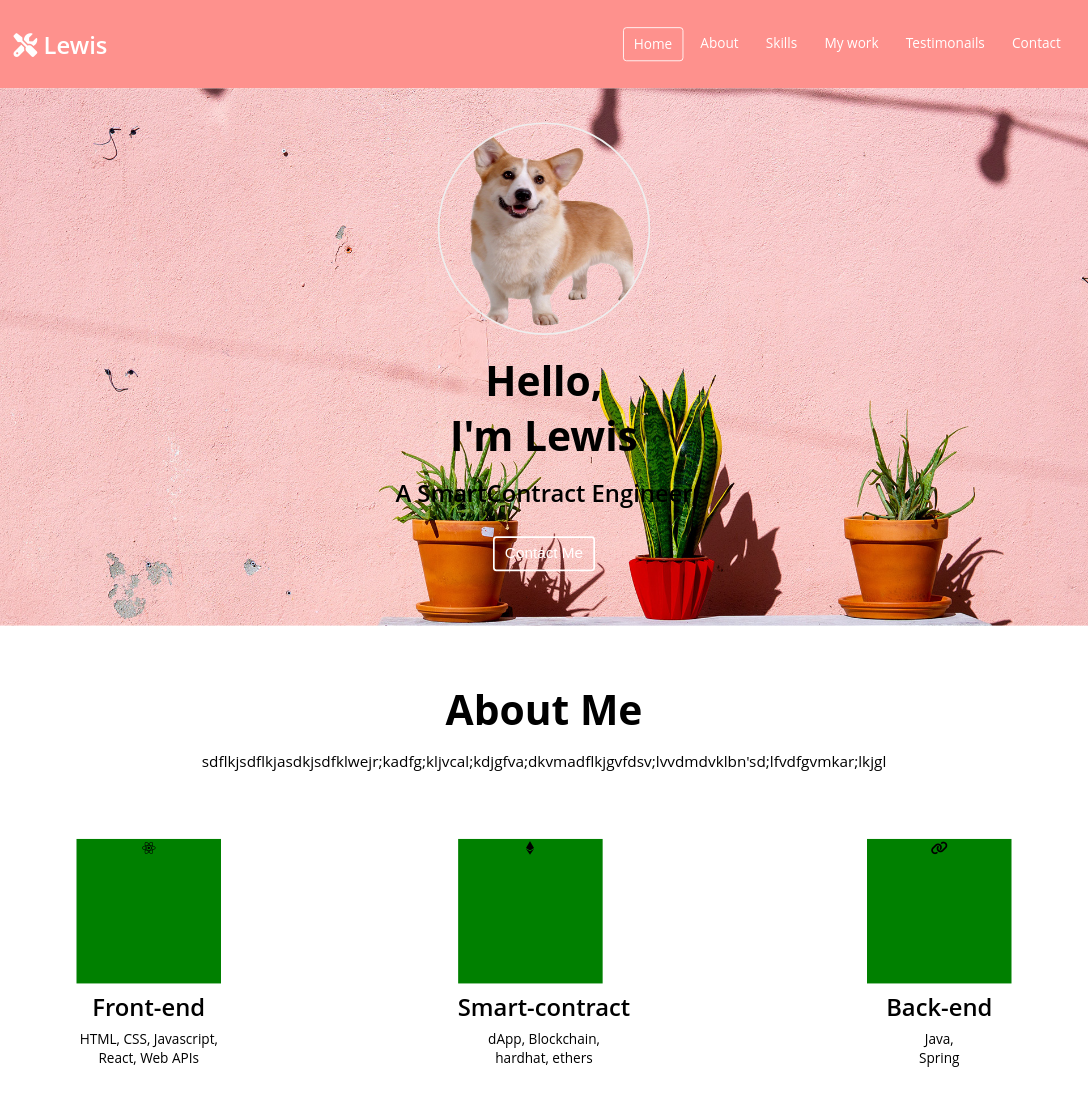
Repository: woojinShim/woojinShim.github.io
Page: index.html
The author's editor kept a copy of each file at every save. The page is drawn from the files as they stood at one save, then again after the next save.
The browser window is 1280 px wide. The pictures show the part of the page from y = 0 to 1315 px (the page is 7310 px tall), at 85% of full size.
A picture or video elsewhere on the page could not be fetched, so the positions and the page height are approximate. Some web libraries are served in a nearby version.

Above is the page before, as saved 2022-03-08 19:07:03.

### index.html
<!DOCTYPE html>
<html lang="en">
<head>
    <meta charset="UTF-8">
    <meta http-equiv="X-UA-Compatible" content="IE=edge">
    <meta name="viewport" content="width=device-width, initial-scale=1.0">
    <title>Document</title>
    <script
      src="https://kit.fontawesome.com/9eb162ac0d.js"
      crossorigin="anonymous"
    ></script>
    <style>
        @import url('https://fonts.googleapis.com/css2?family=Noto+Sans+KR:wght@100;400;700&display=swap');
        </style>
    <link rel="icon" type="image/png" href="img/favicon.png" />
    <link rel="stylesheet" href="style.css">
    <script scr="main.js"></script>
</head>
<body>
    <!-- Navbar -->
    <nav id="navbar">
        <div class="navbar__logo">
            <i class="fas fa-tools"></i>
            <a href="#">Lewis</a>
        </div>
        <ul class="navbar__menu">
            <li class="navbar__menu__item active">Home</li>
            <li class="navbar__menu__item">About</li>
            <li class="navbar__menu__item">Skills</li>
            <li class="navbar__menu__item">My work</li>
            <li class="navbar__menu__item">Testimonails</li>
            <li class="navbar__menu__item">Contact</li>
        </ul>
    </nav>
    <!-- Home -->
    <section id="home">
        <img src="img/puppy.png" alt="Lewis's photo" class="home__avator">
        <h1 class="home__title">Hello, <br/>I'm Lewis</h1>
        <h2 class="home__descrition">A SmartContract Engineer</h2>
        <button class="home__contact">Contact Me</button>
    </section>
    <!-- About -->
    <section id="about" class="section">
        <h1>About Me</h1>
        <p>sdflkjsdflkjasdkjsdfklwejr;kadfg;kljvcal;kdjgfva;dkvmadflkjgvfdsv;lvvdmdvklbn'sd;lfvdfgvmkar;lkjgl</p>
        <div class="about__majors">
            <div class="major">
                <div class="major__icon"><i class="fab fa-react"></i></div>
                <h2 class="major__title">Front-end</h2>
                <div class="major__description">HTML, CSS, Javascript,
                    <br /> React, Web APIs
                </div>
            </div>
            <div class="major">
                <div class="major__icon"><i class="fab fa-ethereum"></i></div>
                <h2 class="major__title">Smart-contract</h2>
                <div class="major__description">dApp, Blockchain,
                    <br /> hardhat, ethers
                </div>
            </div>
            <div class="major">
                <div class="major__icon"><i class="fas fa-link"></i></i></div>
                <h2 class="major__title">Back-end</h2>
                <div class="major__description">Java,
                    <br /> Spring
                </div>
            </div>
        </div>





        <div class="about__jobs">
            <div class="job">
                <img src="img/puupy.png" alt="puupy">
            </div>
            <div class="job"></div>
        </div>
    </section>
    <!-- Skills -->
    <section id="skills" class="section">
        <h1>Skills</h1>
        <h2>skills $ Attribute</h2>
        <p>
            sdjsfdldsfjsdffvmslkjdfgksjdsdsdvkkfghalkvsdlaskkjrsdjlkdskflksjdlja
            sdfkdfvlskvglkkcjkdjckwebkosdkvlkwekelkfsdjlkldfkskdfg
            sdlkbdflnsldkfgkfsdfkdksvj
        </p>
        <div class="skillset">
            <div class="skillset__left">
                <h3 class="skillset__title">Skills</h3>
                <div class="skills">
                    <div class="skill_description">
                        <span>HTML</span>
                        <span>99%</span>
                    </div>
                    <div class="skill_description">
                        <span>CSS</span>
                        <span>90%</span>
                    </div>
                    <div class="skill_description">
                        <span>JavaScript</span>
                        <span>94%</span>
                    </div>
                    <div class="skill_description">
                        <span>Solidity</span>
                        <span>93%</span>
                    </div>
                    <div class="skill_description">
                        <span>Java</span>
                        <span>90%</span>
                    </div>

                </div>
            </div>
            <div class="skillset__right">
                <div class="tools">
                    <h3 class="skillset__title">Tools</h3>
                    <ul class="tools__list">
                        <li class="span">Visual Studio Code</li>
                        <li class="span">IntelliJ</li>
                        <li class="span">Slack</li>
                        <li class="span">Notion</li>
                        <li class="span">Photoshop</li>
                    </ul>
                </div>
                <div class="etc">
                    <h3 class="skillset__title">Etc</h3>
                    <ul class="etc__list">
                        <li><span>Git</span></li>
                        <li><span>Math</span></li>
                        <li><span>Design</span></li>
                    </ul>
                </div>
            </div>
        </div>
    </section>
    <!-- Work -->
    <section id="work" class="section">
        <h1>My Work</h1>
        <h3>Projects</h3>
        <div class="work__catagories">
            <button class="catagory__btn">All<span class="category__count">3</span></button>
            <button class="catagory__btn">Front-end<span class="category__count">6</span></button>
            <button class="catagory__btn">Back-end<span class="category__count">5</span></button>
            <button class="catagory__btn">Blockchain<span class="category__count">7</span></button>
        </div>

        <div class="work__projects">
            <a href="https://naver.com" class="project" target="blank">
                <img class="project__img" src="img/jin.png" alt="YouTube" />
                <div class="project__description">
                    <h3>Naver Site</h3>
                    <span>Clone Naver</span>
                </div>
            </a>
        </div>
        <div class="work__projects">
            <a href="https://naver.com" class="project" target="blank">
                <img class="project__img" src="img/jin.png" alt="YouTube" />
                <div class="project__description">
                    <h3>Naver Site</h3>
                    <span>Clone Naver</span>
                </div>
            </a>
        </div>
        <div class="work__projects">
            <a href="https://naver.com" class="project" target="blank">
                <img class="project__img" src="img/le.png" alt="YouTube" />
                <div class="project__description">
                    <h3>Naver Site</h3>
                    <span>Clone Naver</span>
                </div>
            </a>
        </div>
        <div class="work__projects">
            <a href="https://naver.com" class="project" target="blank">
                <img class="project__img" src="img/shim.png" alt="YouTube" />
                <div class="project__description">
                    <h3>Naver Site</h3>
                    <span>Clone Naver</span>
                </div>
            </a>
        </div>
        <div class="work__projects">
            <a href="https://naver.com" class="project" target="blank">
                <img class="project__img" src="img/yes.jfif" alt="YouTube" />
                <div class="project__description">
                    <h3>Naver Site</h3>
                    <span>Clone Naver</span>
                </div>
            </a>
        </div>
        <div class="work__projects">
            <a href="https://naver.com" class="project" target="blank">
                <img class="project__img" src="img/woo.png" alt="YouTube" />
                <div class="project__description">
                    <h3>Naver Site</h3>
                    <span>Clone Naver</span>
                </div>
            </a>
        </div>
    </section>
    <!-- testimonails -->
    <section id="testimonials" class="section">
        <h1>Testimonials</h1>
        <h3>See what they say about me</h3>
        <div class="testimonials">
            <div class="testimonial">
                <img src="img/man.jpg" alt="" class="testimonial__avator">
                <div class="testimonial__speech-bubble">
                    <p>
                        sdvkdfdfmvkdlkjtkfknsvkdnfgckvdkvkjvbdfgkkjsdkvjskjcvrngksdmcsdkck
                    </p>
                    <p class="name"><a href="">Lewis</a></p>
                </div>
            </div>
            <div class="testimonial">
                <img src="img/man.jpg" alt="" class="testimonial__avator">
                <div class="testimonial__speech-bubble">
                    <p>
                        sdvkdfdfmvkdlkjtkfknsvkdnfgckvdkvkjvbdfgkkjsdkvjskjcvrngksdmcsdkck
                    </p>
                    <p class="name"><a href="">Lewis</a></p>
                </div>
            </div>
        </div>
    </section>
    <!-- contact -->
    <section id="contact" class="section">
        <h1 class="contact__title">Let's talk</h1>
        <h2 class="contact__email">dream.coder@gmail.com</h2>
        <div class="contact__links">
            <a href="http://google.com" target="blank">
                <i class="fa-brands fa-github"></i>
            </a>
            <a href="http://google.com" target="blank">
                <i class="fa-brands fa-linkedin"></i>
            </a>
        </div>
        <p class="contact__rights">Dream coming - All Right Reserved.</p>
    </section>

</body>
</html>

### style.css
:root {
  /* Color */
  --color-white: #ffffff;
  --color-light-white: #eeeeee;
  --color-dark-white: #bdbdbd;
  --color-pink: #fe918d;
  --color-dark-pink: #ff6863;
  --color-black: #4d4d4d;
  --color-dark-grey: #4d4d4d;
  --color-grey: #616161;
  --color-light-grey: #7c7979;
  --color-blue: #73aace;
  --color-yellow: #fff7d1;
  --color-orange: #feb546;
  --color-black: #000000;

  /* Font size */
  --font-large: 48px;
  --font-medium: 28px;
  --font-regular: 18px;
  --font-small: 16px;
  --font-micro: 14px;

  /* Font weight */
  --weight-bold: 700;
  --weight-semi-bold: 600;
  --weight-regular: 400;

  /* Size */
  --size-border-radius: 4px;

  /* Annimation */
  --animation-duration: 300ms;
}

/* Universal tags */
* {
  box-sizing: border-box;
}

body {
  font-family: "Open Sans", sans-serif;
  margin: 0;
  cursor: default;
}

a {
  text-decoration: none;
  color: var(--color-white);
}

ul {
  list-style: none;
  padding-left: 0;
}

li {
  list-style: none;
}

button {
  background-color: transparent;
  cursor: pointer;
  border: none;
  outline: none;
}

/* Typography */
h1 {
  font-size: var(--font-large);
  font-weight: var(--weight-bold);
  color: var(--color-black);
  margin: 16px 0px;
}

h2 {
  font-size: var(--font-medium);
  font-weight: var(--weight-semi-bold);
  color: var(--color-black);
  margin: 8px 0;
}

h3 {
  font-size: var(--font-regular);
  font-weight: var(--font-regular);
  color: var(--color-black);
  margin: 8px 0;
}

p {
  font-size: var(--font-regular);
  font-weight: var(--font-regular);
  color: var(--color-black);
  margin: 4px 0;
}

/* Navbar */
#navbar {
  display: flex;
  justify-content: space-between;
  align-items: center;
  padding: 16px;
  background-color: var(--color-pink);
}

.navbar__logo {
  font-size: var(--font-medium);
  font-weight: var(--weight-semi-bold);
  color: white;
}

.navbar__menu {
  display: flex;
}

.navbar__menu__item {
  padding: 8px 12px;
  margin: 0 4px;
  color: var(--color-white);
  cursor: pointer;
  border-radius: var(--size-border-radius);
}

.navbar__menu__item.active {
  border: 1px solid var(--color-white);
}

.navbar__menu__item:hover {
  background-color: var(--color-dark-pink);
  border-radius: 4px;
}

/* Home */
#home {
  background: url("img/Level.jpg") center/cover no-repeat;
  padding: 40px;
  text-align: center;
}

.home__avator {
  width: 250px;
  height: 250px;
  border-radius: 50%;
  border: 2px solid var(--color-light-white);
}

.home__contact {
  color: var(--color-white);
  font-size: var(--font-regular);
  font-weight: var(--weight-regular);
  margin: 24px;
  padding: 8px 12px;
  border: 2px solid var(--color-white);
  border-radius: var(--size-border-radius);
}

/* Section common */
.section {
  padding: 50px;
  text-align: center;
  max-width: 1200px;
  margin: auto;
}

.about__majors {
  display: flex;
  justify-content: space-between;
  margin: 80px 0;
}

.major__icon {
  width: 170px;
  height: 170px;
  background-color: green;
}

After the next save:
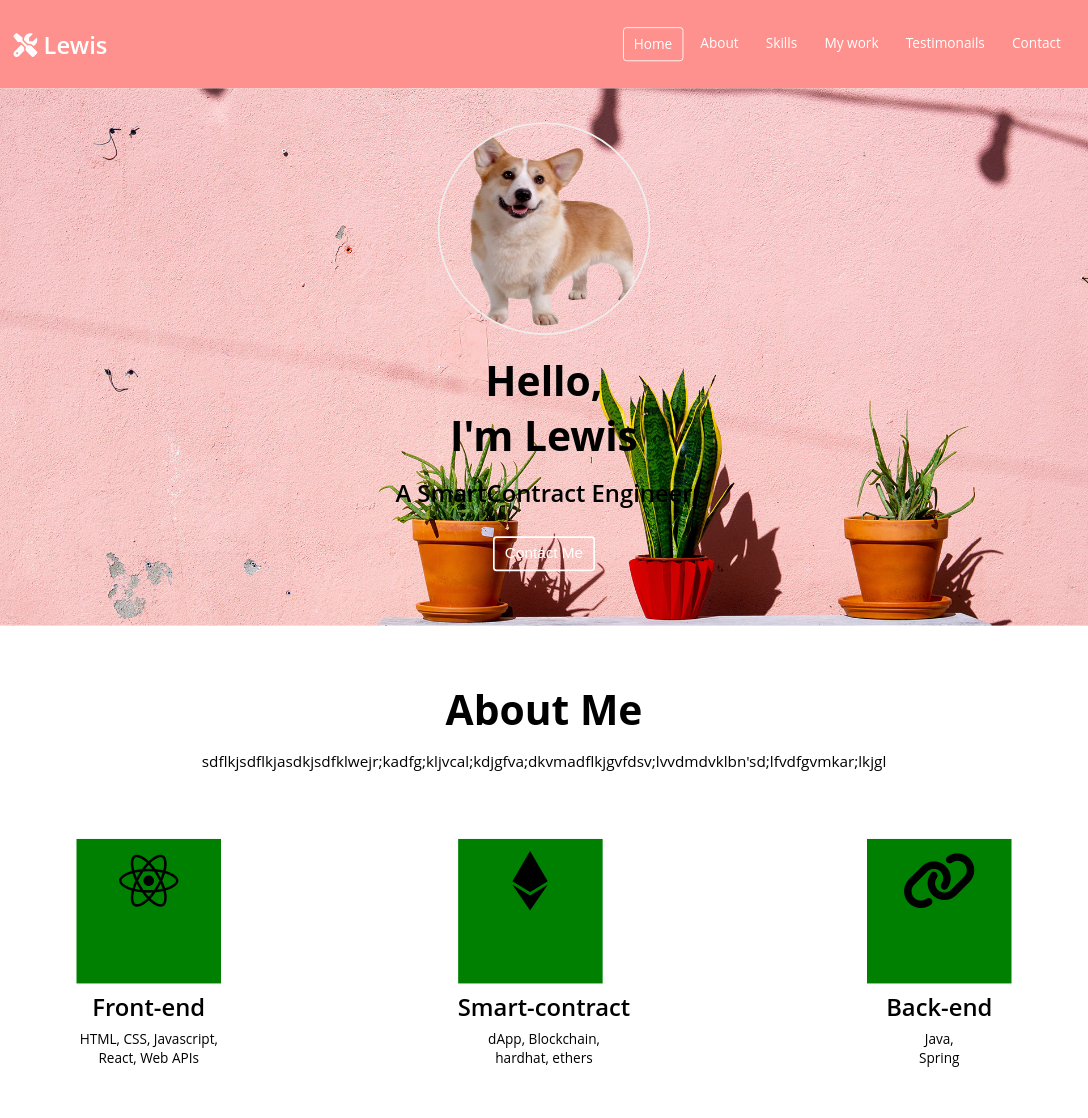
Saved 15 s later.
--- a/style.css
+++ b/style.css
@@ -171,5 +171,6 @@
 .major__icon {
   width: 170px;
   height: 170px;
+  font-size: 70px;
   background-color: green;
 }
